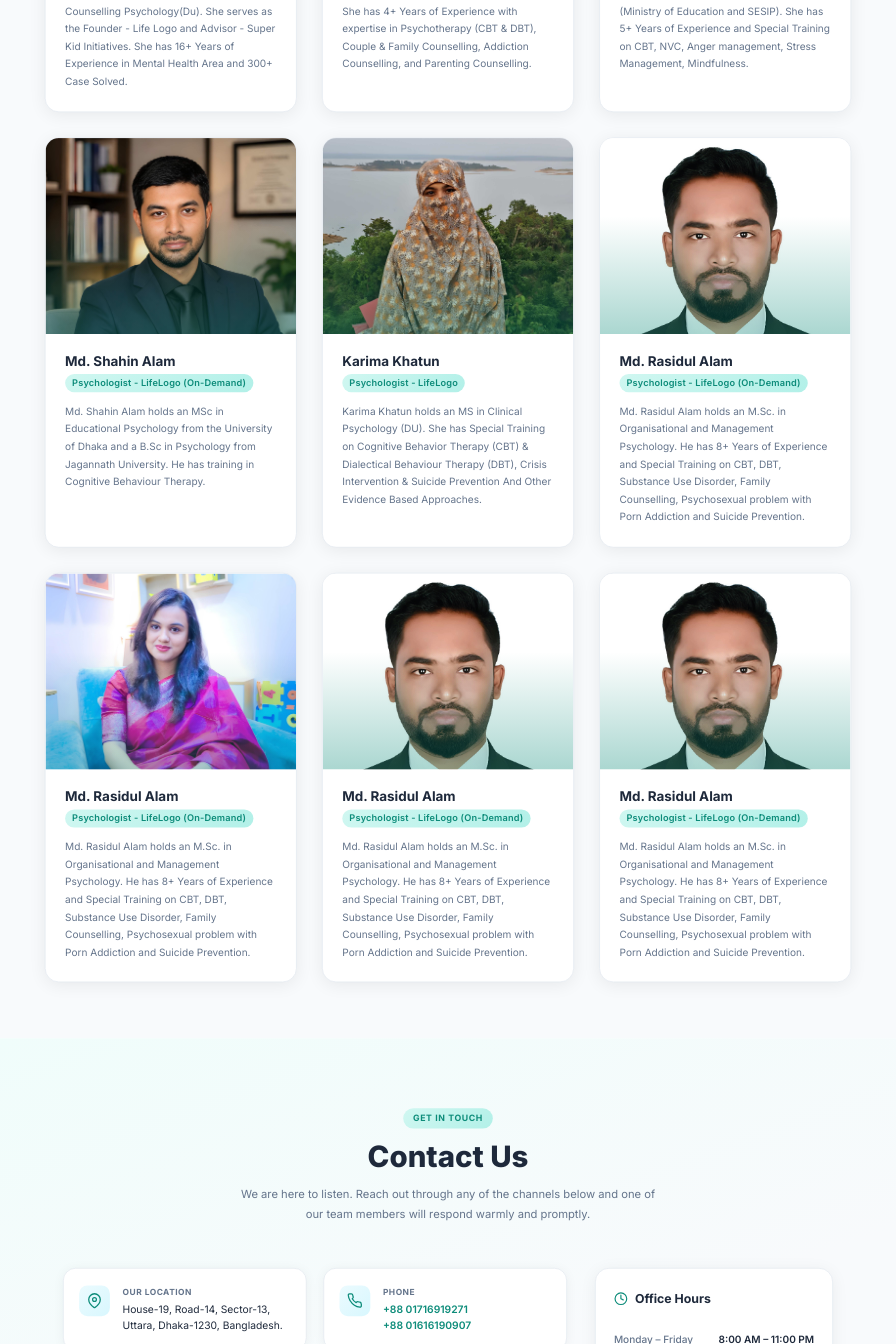
Repository: Tan47s/Lifelogo
Page: /
These files come from the project's save history. The page is drawn as it stood at one moment and after the next save; the edit follows.
The browser window is 1280 px wide. The pictures show the part of the page from y = 2966 to 4886 px (the page is 5584 px tall), at 70% of full size.
The project was rebuilt for these pictures with package versions that can differ from the ones it lists, and the page was loaded fresh each time. Also part of the build but not shown: vite.config.js.

Above is the page before, as saved 2026-08-22 10:59:09.

### index.html
<!doctype html>
<html lang="en">
  <head>
    <meta charset="UTF-8" />
    <link rel="icon" type="image/svg+xml" href="/favicon.svg" />
    <meta name="viewport" content="width=device-width, initial-scale=1.0" />
    <title>Life-Logo | Mental Health Counselling &amp; Life Skills</title>
    <meta name="description" content="Life-Logo Mental Health Support &amp; Life Skills Training Unit — professional counselling, resilience coaching, and compassionate support to help you find meaning, hope, and purpose." />
    <meta property="og:title" content="Life-Logo | Mental Health Counselling &amp; Life Skills" />
    <meta property="og:description" content="Professional counselling and life skills training to support your well-being and personal growth." />
    <meta property="og:type" content="website" />
  </head>
  <body>
    <div id="root"></div>
    <script type="module" src="/src/main.jsx"></script>
  </body>
</html>

### src/main.jsx
import { StrictMode } from 'react'
import { createRoot } from 'react-dom/client'

import { App } from './App.jsx'


createRoot(document.getElementById('root')).render(
  <StrictMode>
    <App />
  </StrictMode>,
)

### src/App.jsx
import React from 'react'
import { Header } from './comp/Header'
import { Herocon } from './comp/Herocon'
import { Contents2 } from './comp/Contents2'
import { Service2 } from './comp/Service2'
import { Counsellors } from './comp/Counsellors'
import { Contact } from './comp/Contact'
import { Footer } from './comp/Footer'

export const App = () => {
  return (
    <div>
      <Header />

      {/* Hero — id: home (owned by Herocon's <section>) */}
      <Herocon />

      {/* Our Story — id: story (owned by Contents2's <section>) */}
      <Contents2 />

      {/* Services — id: services (declared inside Service2's <section>) */}
      <Service2 />

      {/* Our Team — id: team */}
      <Counsellors />

      {/* Contact — id: contact */}
      <Contact />

      {/* Footer */}
      <Footer />
    </div>
  )
}

### src/comp/Herocon.jsx
import './herocon.css'
import Hero from '../assets/hero.png'

const stats = [
  { value: '500+', label: 'Lives Impacted' },
  { value: '15+', label: 'Years Experience' },
  { value: '6',   label: 'Specialists' },
]

export const Herocon = () => {
  const scrollTo = (id) => {
    const el = document.getElementById(id)
    if (el) el.scrollIntoView({ behavior: 'smooth' })
  }

  return (
    <section
      id="home"
      className="hero-section"
      style={{ backgroundImage: `url(${Hero})` }}
    >
      {/* layered overlay */}
      <div className="hero-overlay" />

      <div className="hero-content">
        {/* eyebrow badge */}
        <span className="hero-badge">Mental Health &amp; Life Skills</span>

        {/* quote */}
        <p className="hero-quote">
          &ldquo;Doctors Dress The Wound, God Heals It.&rdquo;
        </p>

        {/* headline */}
        <h1 className="hero-headline">
          Well-Being Requires<br />
          <span className="hero-headline-accent">a Safe Space to Heal</span>
        </h1>

        {/* sub-text */}
        <p className="hero-sub">
          Mental health is the foundation of a healthy life. Through compassion,
          professional support, and faith, we help you find hope, build
          resilience, and take meaningful steps toward lasting well-being.
        </p>

        {/* CTAs */}
        <div className="hero-ctas">
          <button
            id="hero-contact-btn"
            className="hero-btn hero-btn--primary"
            onClick={() => scrollTo('contact')}
          >
            Contact Us
          </button>
          <button
            id="hero-services-btn"
            className="hero-btn hero-btn--ghost"
            onClick={() => scrollTo('services')}
          >
            Our Services
          </button>
        </div>

        {/* Stats strip */}
        <div className="hero-stats">
          {stats.map((s, i) => (
            <div className="hero-stat" key={i}>
              <span className="hero-stat-value">{s.value}</span>
              <span className="hero-stat-label">{s.label}</span>
            </div>
          ))}
        </div>
      </div>
    </section>
  )
}

### src/comp/Service2.jsx
import React from 'react'
import ser1 from '../assets/ser1.png'
import ser2 from '../assets/ser2.png'
import ser3 from '../assets/ser3.png'
import ser4 from '../assets/ser4.png'
import './Service2.css'

const services = [
  {
    img: ser1,
    title: 'Individual Counselling',
    tag: 'One-on-One',
    desc: 'A private, confidential space where you can explore personal challenges, process emotions, and develop healthier coping strategies with the guidance of a qualified counsellor.',
  },
  {
    img: ser2,
    title: 'Couple Counselling',
    tag: 'Relationships',
    desc: 'Helping couples navigate conflict, rebuild trust, and strengthen communication so they can grow together in a healthy, supportive partnership.',
  },
  {
    img: ser3,
    title: 'Family Counselling',
    tag: 'Family Dynamics',
    desc: 'We work with families to address relational tensions, improve understanding, and foster a home environment rooted in compassion and mutual respect.',
  },
  {
    img: ser4,
    title: 'Life Skills Training',
    tag: 'Personal Growth',
    desc: 'Practical workshops and coaching sessions that equip you with tools for resilience, emotional regulation, goal-setting, and purposeful living.',
  },
]

export const Service2 = () => {
  return (
    <section id="services" className="services-section">
      {/* Section Header */}
      <div className="services-header">
        <span className="section-badge">What We Offer</span>
        <h2>Our Services</h2>
        <p className="services-subtitle">
          We provide compassionate mental health counselling and life skills
          training to support your well-being and personal growth.
        </p>
      </div>

      {/* Cards Grid */}
      <div className="services-grid">
        {services.map((s, i) => (
          <div className="service-card" key={i}>
            <div className="service-img-wrap">
              <img src={s.img} alt={s.title} className="service-img" />
              <div className="service-img-overlay" />
            </div>
            <div className="service-info">
              <span className="service-tag">{s.tag}</span>
              <h3>{s.title}</h3>
              <p>{s.desc}</p>
            </div>
          </div>
        ))}
      </div>
    </section>
  )
}

### src/comp/Counsellors.jsx
import React from 'react'
import './Counsellors.css'
import c1 from '../assets/counsellor1.jpg'
import c2 from '../assets/counsellor2.jpg'
import c3 from '../assets/counsellor3.jpeg'
import c4 from '../assets/counsellor4.jpeg'
import c5 from '../assets/counsellor5.jpeg'
import c6 from '../assets/counsellor6.jpg'
import c7 from '../assets/c7.jpeg'
import c8 from '../assets/c8.jpeg'
import c9 from '../assets/c9.jpeg'

const counsellors = [
  {
    img: c1,
    name: 'Sunjeda Parvin',
    role: 'Founder - Life Logo',
    bio: 'Sunjeda Parvin is a Parent Training Facilitator(Uk) and holds an Ms in Counselling Psychology(Du). She serves as the Founder - Life Logo and Advisor - Super Kid Initiatives. She has 16+ Years of Experience in Mental Health Area and 300+ Case Solved.',
  },
  {
    img: c2,
    name: 'Sabina Islam',
    role: 'Psychologist - LifeLogo',
    bio: 'Sabina Islam holds an MS in Social Psychology from the University of Dhaka. She has 4+ Years of Experience with expertise in Psychotherapy (CBT & DBT), Couple & Family Counselling, Addiction Counselling, and Parenting Counselling.',
  },
  {
    img: c3,
    name: 'Israt Jahan Labone',
    role: 'Psychologist - LifeLogo(On-Demand)',
    bio: 'Israt Jahan Labone holds an MS in School Psychology (DU) and is a Master Trainer (Ministry of Education and SESIP). She has 5+ Years of Experience and Special Training on CBT, NVC, Anger management, Stress Management, Mindfulness.',
  },
  {
    img: c4,
    name: 'Md. Shahin Alam',
    role: 'Psychologist - LifeLogo (On-Demand)',
    bio: 'Md. Shahin Alam holds an MSc in Educational Psychology from the University of Dhaka and a B.Sc in Psychology from Jagannath University. He has training in Cognitive Behaviour Therapy.',
  },
  {
    img: c5,
    name: 'Karima Khatun',
    role: 'Psychologist - LifeLogo',
    bio: 'Karima Khatun holds an MS in Clinical Psychology (DU). She has Special Training on Cognitive Behavior Therapy (CBT) & Dialectical Behaviour Therapy (DBT), Crisis Intervention & Suicide Prevention And Other Evidence Based Approaches.',
  },
  {
    img: c6,
    name: 'Md. Rasidul Alam',
    role: 'Psychologist - LifeLogo (On-Demand)',
    bio: 'Md. Rasidul Alam holds an M.Sc. in Organisational and Management Psychology. He has 8+ Years of Experience and Special Training on CBT, DBT, Substance Use Disorder, Family Counselling, Psychosexual problem with Porn Addiction and Suicide Prevention.',
  },
    {
    img: c7,
    name: 'Md. Rasidul Alam',
    role: 'Psychologist - LifeLogo (On-Demand)',
    bio: 'Md. Rasidul Alam holds an M.Sc. in Organisational and Management Psychology. He has 8+ Years of Experience and Special Training on CBT, DBT, Substance Use Disorder, Family Counselling, Psychosexual problem with Porn Addiction and Suicide Prevention.',
  },
    {
    img: c6,
    name: 'Md. Rasidul Alam',
    role: 'Psychologist - LifeLogo (On-Demand)',
    bio: 'Md. Rasidul Alam holds an M.Sc. in Organisational and Management Psychology. He has 8+ Years of Experience and Special Training on CBT, DBT, Substance Use Disorder, Family Counselling, Psychosexual problem with Porn Addiction and Suicide Prevention.',
  },
    {
    img: c6,
    name: 'Md. Rasidul Alam',
    role: 'Psychologist - LifeLogo (On-Demand)',
    bio: 'Md. Rasidul Alam holds an M.Sc. in Organisational and Management Psychology. He has 8+ Years of Experience and Special Training on CBT, DBT, Substance Use Disorder, Family Counselling, Psychosexual problem with Porn Addiction and Suicide Prevention.',
  },
]

export const Counsellors = () => {
  return (
    <section id="team" className="counsellors-section">
      {/* Section Header */}
      <div className="counsellors-header">
        <span className="section-badge">Our Team</span>
        <h2>Meet the Counsellors</h2>
        <p className="counsellors-subtitle">
          Our qualified, compassionate professionals are dedicated to walking
          alongside you on your journey to wholeness.
        </p>
      </div>

      {/* Cards Grid */}
      <div className="counsellors-grid">
        {counsellors.map((c, i) => (
          <div className="counsellor-card" key={i}>
            <div className="counsellor-img-wrap">
              <img src={c.img} alt={c.name} className="counsellor-img" />
              <div className="counsellor-img-overlay" />
            </div>
            <div className="counsellor-info">
              <h3>{c.name}</h3>
              <span className="counsellor-role">{c.role}</span>
              <p>{c.bio}</p>
            </div>
          </div>
        ))}
      </div>
    </section>
  )
}

### src/comp/Footer.jsx
import React from 'react'
import './Footer.css'
import logo from '../assets/logo.png'

export const Footer = () => {
  const year = new Date().getFullYear()

  const scrollTo = (id) => {
    const el = document.getElementById(id)
    if (el) el.scrollIntoView({ behavior: 'smooth' })
  }

  return (
    <footer className="footer">
      <div className="footer-inner">

        {/* Brand Column */}
        <div className="footer-brand">
          <div className="footer-logo-row">
            <img src={logo} alt="Life-Logo" className="footer-logo" />
            <span className="footer-name">Life-Logo</span>
          </div>
          <p className="footer-tagline">
            Mental Health Support &amp; Life Skills Training Unit — helping
            people discover meaning, hope, and purpose.
          </p>
        </div>

        {/* Quick Links */}
        <div className="footer-col">
          <h4>Quick Links</h4>
          <ul>
            {[
              { label: 'Home',        id: 'home' },
              { label: 'Our Story',   id: 'story' },
              { label: 'Services',    id: 'services' },
              { label: 'Our Team',    id: 'team' },
              { label: 'Contact',     id: 'contact' },
            ].map((l) => (
              <li key={l.id}>
                <button onClick={() => scrollTo(l.id)} className="footer-link">
                  {l.label}
                </button>
              </li>
            ))}
          </ul>
        </div>

        {/* Contact Column */}
        <div className="footer-col">
          <h4>Contact</h4>
          <ul className="footer-contact-list">
            <li>
              <span className="fc-icon">📍</span>
              House-19, Road-14, Sector-13, Uttara, Dhaka-1230, Bangladesh.
            </li>
            <li>
              <span className="fc-icon">📞</span>
              <a href="tel:+8801616190907">+8801616190907</a>
            </li>
            <li>
              <span className="fc-icon">✉️</span>
              <a href="mailto:lifelogo111@gmail.com">lifelogo111@gmail.com</a>
            </li>
            <li>
              <span className="fc-icon">💬</span>
              <a href="https://wa.me/233244567890" target="_blank" rel="noopener noreferrer">
                WhatsApp Us
              </a>
            </li>
          </ul>
        </div>

      </div>

      {/* Bottom Bar */}
      <div className="footer-bottom">
        <p>&copy; {year} Life-Logo Mental Health &amp; Life Skills. All rights reserved.</p>
        <p className="footer-note">Built with compassion 💚</p>
      </div>
    </footer>
  )
}

### src/Index.css

@import url('https://fonts.googleapis.com/css2?family=Inter:wght@100..900&display=swap');

:root {
  /* Brand */
  --primary: #6de1fb;        /* Teal from header */
  --primary-light: #02ff78;


  /* Logo greens */
  --green: #22C55E;
  --green-light: #DCFCE7;

  /* Blue accent */
  --blue: #38BDF8;
  --blue-light: #E0F2FE;

  /* Backgrounds */
  --background: #F8FAFC;
  --surface: #FFFFFF;

  /* Text */
  --text: #1E293B;
  --text-muted: #64748B;

  /* Borders */
  --border: #E2E8F0;
}

* {
  margin: 0;
  padding: 0;
  box-sizing: border-box;
  font-family: "Inter", sans-serif;
}

h1{
    font-weight: 800;
}

p{
    font-weight: 400;
}

### src/comp/Contents2.css
/* ============================================================
   OUR STORY SECTION
   ============================================================ */

.story-section {
  padding: 100px 5% 80px;
  background: var(--background);   /* #F8FAFC — same as Counsellors */
}

/* ---- Two-column inner wrapper ---- */
.story-inner {
  display: grid;
  grid-template-columns: 1fr 1fr;
  gap: 72px;
  max-width: 1200px;
  margin: 0 auto;
  align-items: start;
}

/* ========== LEFT: text column ========== */
.story-text {
  display: flex;
  flex-direction: column;
  gap: 20px;
}

.story-text h2 {
  font-size: clamp(26px, 3.5vw, 40px);
  font-weight: 800;
  color: var(--text);
  line-height: 1.18;
  margin: 0;
}

.story-lead {
  font-size: 1.05rem;
  color: var(--text);
  font-weight: 500;
  line-height: 1.75;
  margin: 0;
}

.story-body {
  font-size: 0.95rem;
  color: var(--text-muted);
  line-height: 1.8;
  margin: 0;
}

/* ========== RIGHT: pillars column ========== */
.story-pillars {
  display: flex;
  flex-direction: column;
  gap: 20px;
}

/* ---- Single pillar card ---- */
.story-pillar {
  display: flex;
  align-items: flex-start;
  gap: 18px;
  background: var(--surface);
  border: 1px solid var(--border);
  border-radius: 18px;
  padding: 24px 22px;
  box-shadow: 0 2px 16px rgba(0, 0, 0, 0.05);
  transition: transform 0.25s ease, box-shadow 0.25s ease;
}

.story-pillar:hover {
  transform: translateY(-4px);
  box-shadow: 0 8px 32px rgba(109, 225, 251, 0.18);
}

/* ---- Icon bubble ---- */
.pillar-icon {
  flex-shrink: 0;
  width: 48px;
  height: 48px;
  border-radius: 14px;
  background: linear-gradient(135deg, #d0f7f1, #b2f0e8);
  display: flex;
  align-items: center;
  justify-content: center;
  color: #0d8c7a;
}

.pillar-icon svg {
  width: 22px;
  height: 22px;
}

/* ---- Pillar text ---- */
.pillar-body {
  display: flex;
  flex-direction: column;
  gap: 5px;
}

.pillar-body h4 {
  font-size: 1rem;
  font-weight: 700;
  color: var(--text);
  margin: 0;
}

.pillar-body p {
  font-size: 0.88rem;
  color: var(--text-muted);
  line-height: 1.65;
  margin: 0;
}

/* ---- Responsive ---- */
@media (max-width: 860px) {
  .story-inner {
    grid-template-columns: 1fr;
    gap: 48px;
  }
}

@media (max-width: 640px) {
  .story-section {
    padding: 70px 5% 60px;
  }
}

### src/comp/Service2.css
/* ============================================================
   SERVICES SECTION  —  mirrors Counsellors card style
   ============================================================ */

.services-section {
  padding: 100px 5% 80px;
  background: linear-gradient(160deg, #f0fdfb 0%, #f8fafc 60%);
}

/* --- Header --- */
.services-header {
  text-align: center;
  max-width: 660px;
  margin: 0 auto 64px;
}

.services-header h2 {
  font-size: clamp(28px, 4vw, 42px);
  font-weight: 800;
  color: var(--text);
  margin-bottom: 16px;
  line-height: 1.15;
}

.services-subtitle {
  font-size: 1rem;
  color: var(--text-muted);
  line-height: 1.7;
}

/* --- Grid --- */
.services-grid {
  display: grid;
  grid-template-columns: repeat(auto-fit, minmax(260px, 1fr));
  gap: 32px;
  max-width: 1200px;
  margin: 0 auto;
}

/* --- Card --- */
.service-card {
  background: var(--surface);
  border-radius: 20px;
  overflow: hidden;
  box-shadow: 0 4px 24px rgba(0, 0, 0, 0.07);
  border: 1px solid var(--border);
  transition: transform 0.3s ease, box-shadow 0.3s ease;
}

.service-card:hover {
  transform: translateY(-8px);
  box-shadow: 0 12px 40px rgba(109, 225, 251, 0.25);
}

/* --- Image wrapper --- */
.service-img-wrap {
  position: relative;
  width: 100%;
  height: 150px;
  overflow: hidden;
}

.service-img {
  width: 100%;
  height: 100%;
  object-fit: cover;
  object-position: center;
  transition: transform 0.4s ease;
}

.service-card:hover .service-img {
  transform: scale(1.05);
}

.service-img-overlay {
  position: absolute;
  inset: 0;
  background: linear-gradient(to top, rgba(13, 140, 122, 0.3) 0%, transparent 55%);
  pointer-events: none;
}

/* --- Info block --- */
.service-info {
  padding: 22px 26px 28px;
  display: flex;
  flex-direction: column;
  gap: 8px;
}

.service-tag {
  display: inline-block;
  background: linear-gradient(135deg, #d0f7f1, #b2f0e8);
  color: #0d8c7a;
  font-size: 0.78rem;
  font-weight: 700;
  letter-spacing: 0.06em;
  text-transform: uppercase;
  padding: 4px 12px;
  border-radius: 999px;
  align-self: flex-start;
}

.service-info h3 {
  font-size: 1.15rem;
  font-weight: 700;
  color: var(--text);
  margin: 0;
  line-height: 1.3;
}

.service-info p {
  font-size: 0.9rem;
  color: var(--text-muted);
  line-height: 1.75;
  margin: 0;
}

/* --- Responsive --- */
@media (max-width: 640px) {
  .services-section {
    padding: 70px 5% 60px;
  }

  .services-grid {
    grid-template-columns: 1fr;
  }
}

### src/comp/Footer.css
/* ============================================================
   FOOTER
   ============================================================ */

.footer {
  background: linear-gradient(135deg, #0f2027, #203a43, #2c5364);
  color: rgba(255, 255, 255, 0.85);
  padding-top: 64px;
}

.footer-inner {
  max-width: 1100px;
  margin: 0 auto;
  padding: 0 5% 48px;
  display: grid;
  grid-template-columns: 1.6fr 1fr 1.2fr;
  gap: 48px;
}

/* --- Brand Column --- */
.footer-brand {}

.footer-logo-row {
  display: flex;
  align-items: center;
  gap: 12px;
  margin-bottom: 16px;
}

.footer-logo {
  width: 44px;
  height: 44px;
  object-fit: contain;
  border-radius: 10px;
  background: white;
  padding: 3px;
}

.footer-name {
  font-size: 1.3rem;
  font-weight: 800;
  color: var(--primary);
  letter-spacing: -0.02em;
}

.footer-tagline {
  font-size: 0.9rem;
  line-height: 1.7;
  color: rgba(255, 255, 255, 0.6);
  max-width: 300px;
}

/* --- Columns --- */
.footer-col h4 {
  font-size: 0.8rem;
  font-weight: 700;
  letter-spacing: 0.1em;
  text-transform: uppercase;
  color: var(--primary);
  margin-bottom: 18px;
}

.footer-col ul {
  list-style: none;
  padding: 0;
  margin: 0;
  display: flex;
  flex-direction: column;
  gap: 10px;
}

/* Quick links */
.footer-link {
  background: none;
  border: none;
  padding: 0;
  cursor: pointer;
  font-size: 0.9rem;
  color: rgba(255, 255, 255, 0.7);
  text-align: left;
  transition: color 0.2s ease;
  font-family: inherit;
}

.footer-link:hover {
  color: var(--primary);
}

/* Contact list */
.footer-contact-list li {
  display: flex;
  align-items: flex-start;
  gap: 10px;
  font-size: 0.88rem;
  color: rgba(255, 255, 255, 0.7);
  line-height: 1.55;
}

.footer-contact-list a {
  color: rgba(255, 255, 255, 0.7);
  text-decoration: none;
  transition: color 0.2s ease;
}

.footer-contact-list a:hover {
  color: var(--primary);
}

.fc-icon {
  flex-shrink: 0;
  font-size: 1rem;
  margin-top: 1px;
}

/* --- Bottom Bar --- */
.footer-bottom {
  border-top: 1px solid rgba(255, 255, 255, 0.1);
  padding: 20px 5%;
  display: flex;
  align-items: center;
  justify-content: space-between;
  max-width: 100%;
}

.footer-bottom p {
  font-size: 0.82rem;
  color: rgba(255, 255, 255, 0.45);
  margin: 0;
}

.footer-note {
  font-size: 0.82rem;
  color: rgba(255, 255, 255, 0.45);
}

/* --- Responsive --- */
@media (max-width: 860px) {
  .footer-inner {
    grid-template-columns: 1fr 1fr;
  }
  .footer-brand {
    grid-column: span 2;
  }
}

@media (max-width: 540px) {
  .footer-inner {
    grid-template-columns: 1fr;
  }
  .footer-brand {
    grid-column: span 1;
  }
  .footer-bottom {
    flex-direction: column;
    gap: 6px;
    text-align: center;
  }
}

Loaded but not shown: src/comp/Contact.jsx (114 lines, source omitted); src/App.css (221 lines, source omitted); src/comp/herocon.css (185 lines, source omitted); src/comp/Contact.css (202 lines, source omitted); src/comp/Header.jsx (102 lines, source omitted); src/comp/Contents2.jsx (74 lines, source omitted); src/comp/Counsellors.css (141 lines, source omitted)

After the next save:
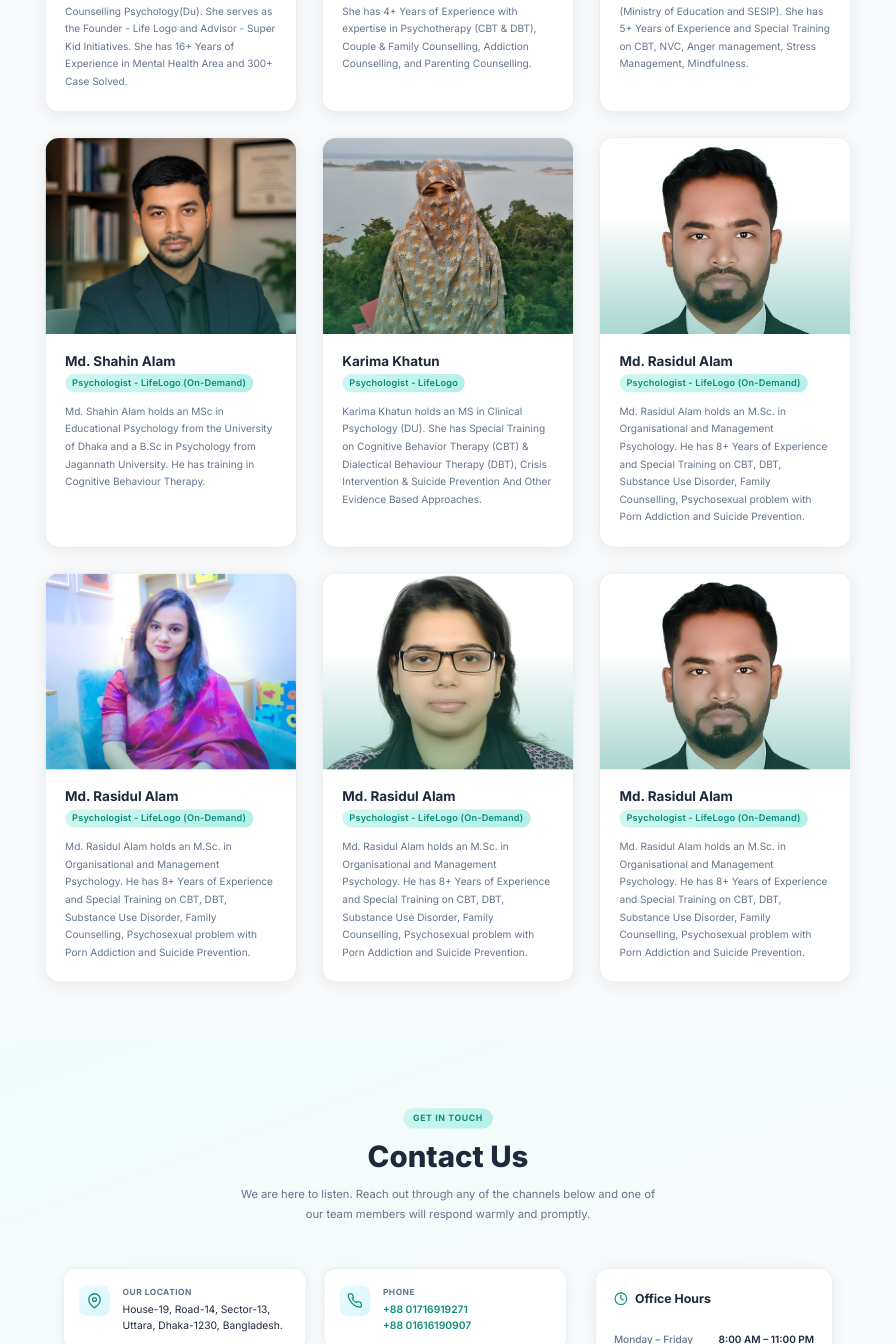
Saved 9 s later.
--- a/src/comp/Counsellors.jsx
+++ b/src/comp/Counsellors.jsx
@@ -54,7 +54,7 @@ const counsellors = [
     bio: 'Md. Rasidul Alam holds an M.Sc. in Organisational and Management Psychology. He has 8+ Years of Experience and Special Training on CBT, DBT, Substance Use Disorder, Family Counselling, Psychosexual problem with Porn Addiction and Suicide Prevention.',
   },
     {
-    img: c6,
+    img: c8,
     name: 'Md. Rasidul Alam',
     role: 'Psychologist - LifeLogo (On-Demand)',
     bio: 'Md. Rasidul Alam holds an M.Sc. in Organisational and Management Psychology. He has 8+ Years of Experience and Special Training on CBT, DBT, Substance Use Disorder, Family Counselling, Psychosexual problem with Porn Addiction and Suicide Prevention.',
